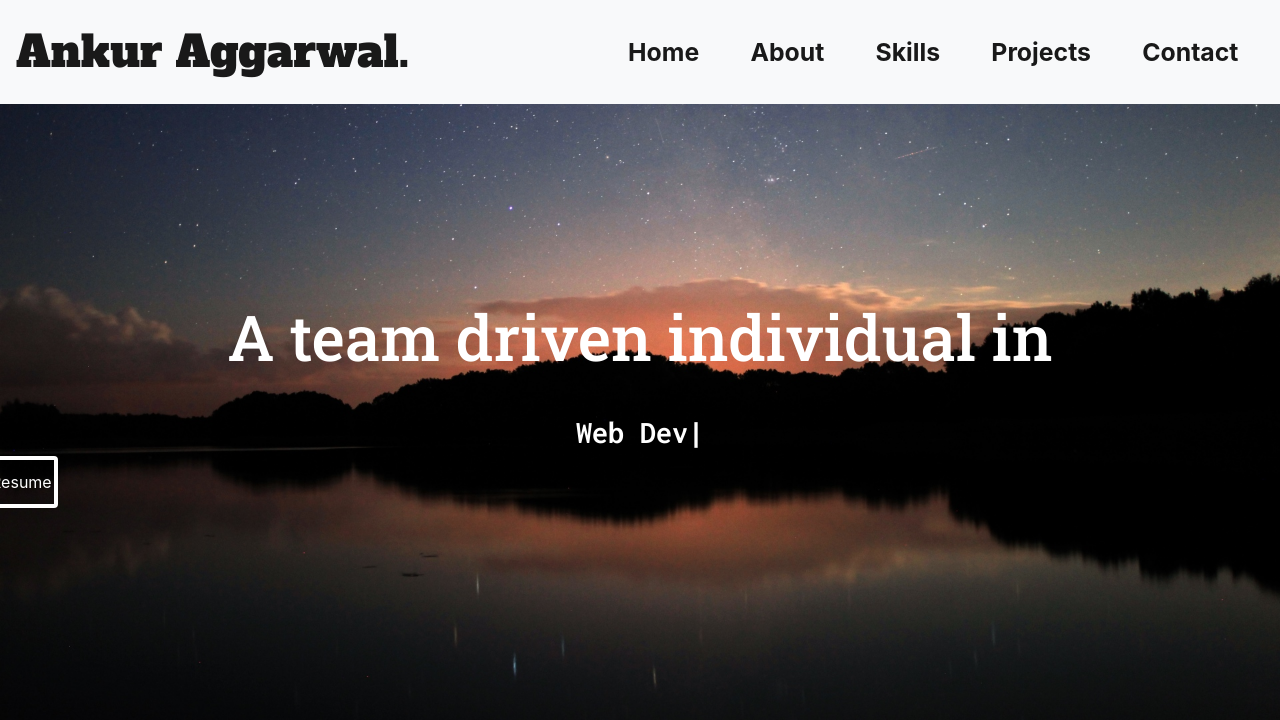
Repository: AnkurDevv/PersonalWebsite
Page: index.html
An editor plug-in stored every save of this project. The page is shown before and after the next save, followed by the edit.
The browser window is 1280 px wide. The pictures show the whole page.

Above is the page before, as saved 2020-09-13 15:09:15.

After the next save:
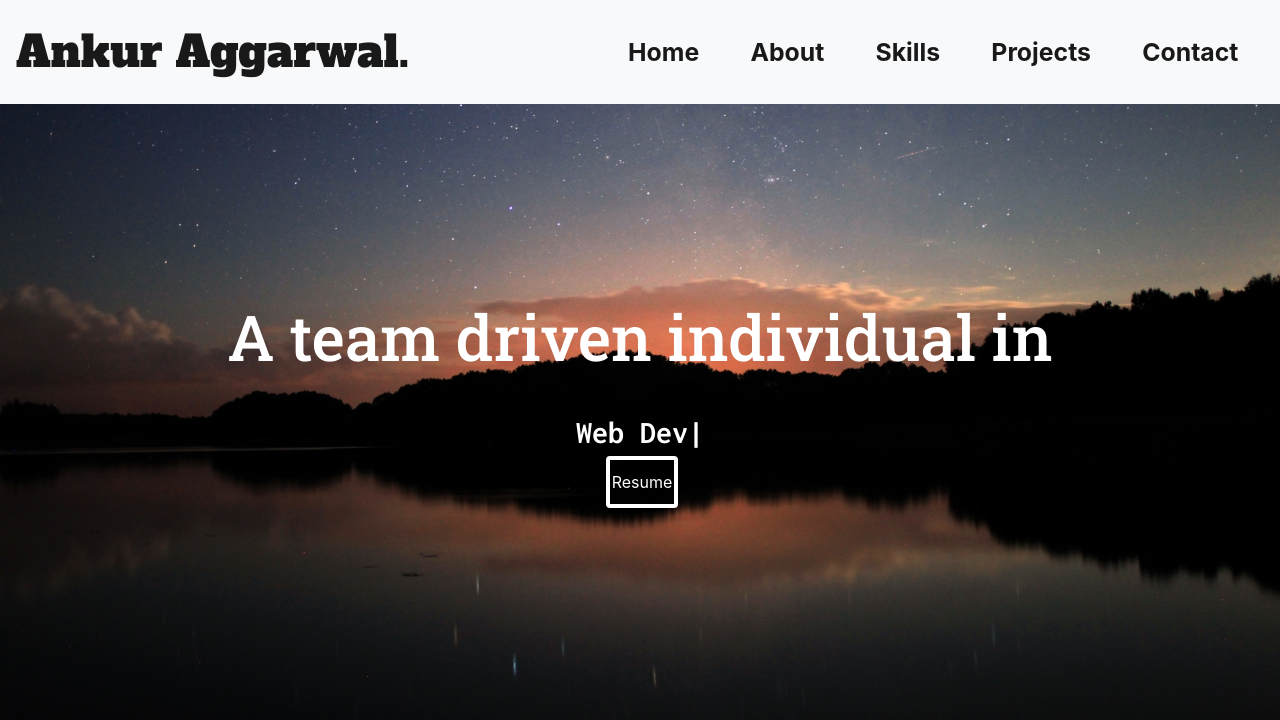
Saved 20 s later.
--- a/index.html
+++ b/index.html
@@ -76,7 +76,8 @@
         </h3>
       </div>
       <div class="row" id="ResumeDiv">
-        <form action="https://drive.google.com/file/d/129eEq26ATzqey1-hpHnRXs40bzbBVkSX/view?usp=sharing">
+        <form action="https://drive.google.com/file/d/129eEq26ATzqey1-hpHnRXs40bzbBVkSX/view?usp=sharing"
+          class="ml-auto mr-auto">
           <button type="button" class="btn btn-primary" id="ResumeBtn">Resume</button>
         </form>
       </div>
